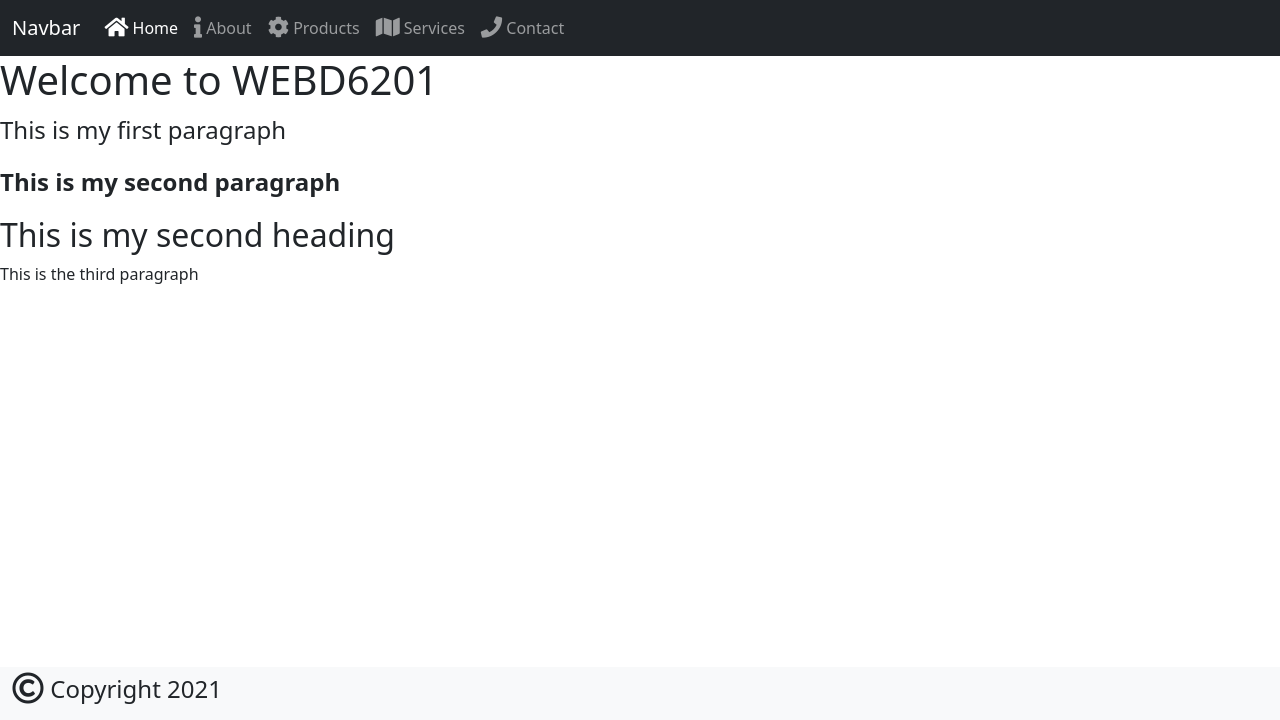
Repository: evanpalmer002/WEBD6201-ICE4
Page: products.html
An editor plug-in stored every save of this project. The page is shown before and after the next save, followed by the edit.
The browser window is 1280 px wide. The pictures show the whole page.

Above is the page before, as saved 2021-01-20 16:08:14.

After the next save:
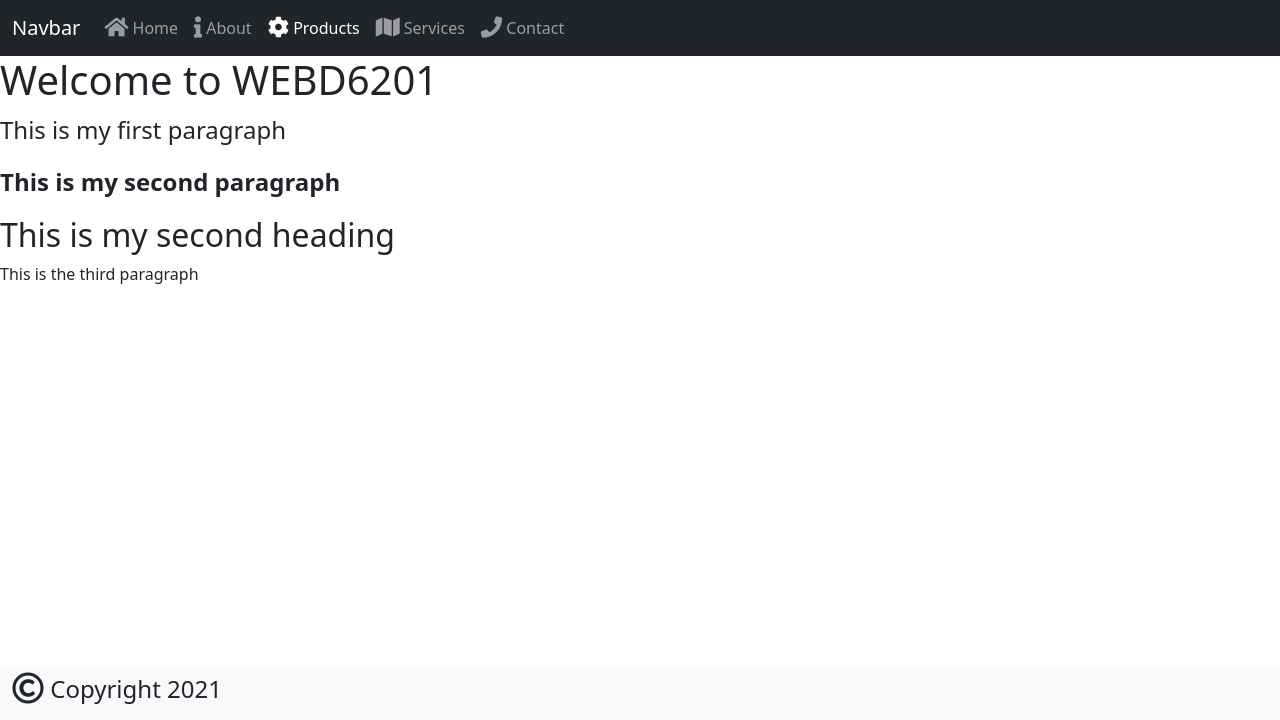
Saved 12 s later.
--- a/products.html
+++ b/products.html
@@ -23,7 +23,7 @@
                 <ul class="navbar-nav">
 
                   <li class="nav-item">
-                    <a id="home" class="nav-link active" aria-current="page" href="index.html"><i class="fas fa-home fa-lg"></i> Home</a>
+                    <a id="home" class="nav-link" aria-current="page" href="index.html"><i class="fas fa-home fa-lg"></i> Home</a>
                   </li>
 
                   <li class="nav-item">
@@ -31,7 +31,7 @@
                   </li>
 
                   <li class="nav-item">
-                    <a id="products" class="nav-link" href="products.html"><i class="fas fa-cog fa-lg"></i> Products</a>
+                    <a id="products" class="nav-link active" href="products.html"><i class="fas fa-cog fa-lg"></i> Products</a>
                   </li>
 
                   <li class="nav-item">
